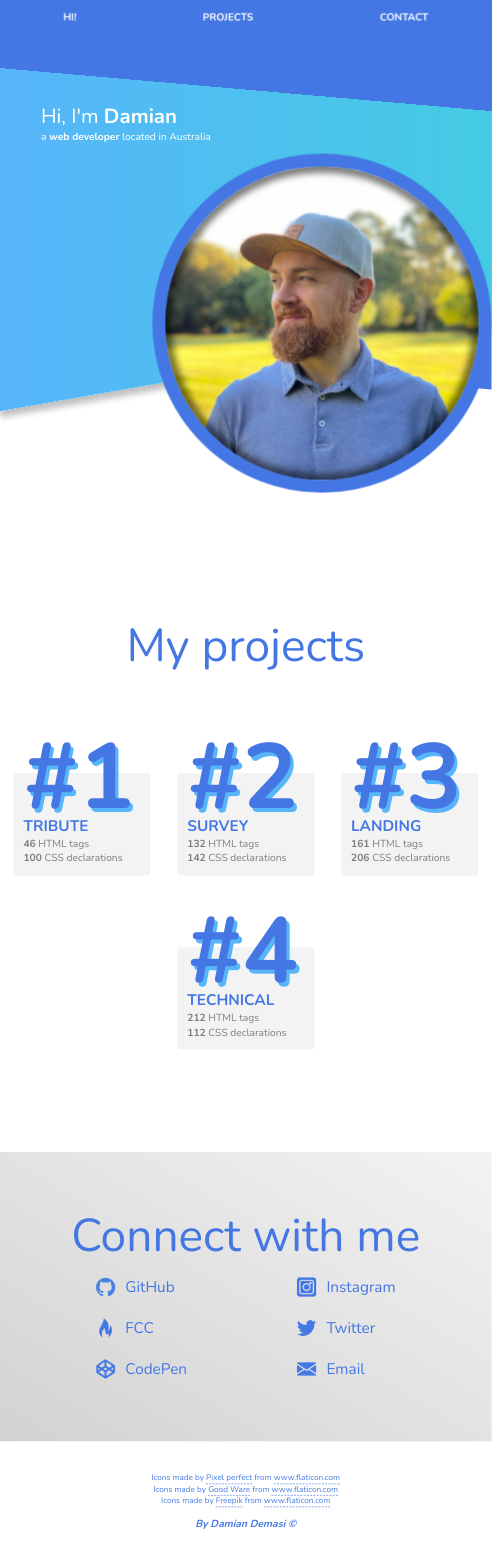
Repository: Colo-Codes/freecodecamp-05-Personal-Portfolio-Webpage
Page: index.html
The author's editor kept a copy of each file at every save. The page is drawn from the files as they stood at one save, then again after the next save.
The browser window is 768 px wide. The pictures show the whole page, at 64% of full size.

Above is the page before, as saved 2021-06-04 08:40:18.

### index.html
<!DOCTYPE html>
<html lang="en">

<head>
    <meta charset="UTF-8">
    <meta http-equiv="X-UA-Compatible" content="IE=edge">
    <meta name="viewport" content="width=device-width, initial-scale=1.0">
    <link rel="preconnect" href="https://fonts.gstatic.com">
    <link href="https://fonts.googleapis.com/css2?family=Nunito:wght@300;400;700&display=swap" rel="stylesheet">
    <link rel="stylesheet" href="./css/index.css">
    <title>Personal Portfolio Webpage</title>
</head>

<body>
    <header>
        <navbar id="navbar">
            <div id="navbar-container">
                <ul id="navbar-flex-container">
                    <li class="navbar-flex-item"><a href="#welcome-section">Hi!</a></li>
                    <li class="navbar-flex-item"><a href="#projects">Projects</a></li>
                    <li class="navbar-flex-item"><a href="#contact">Contact</a></li>
                </ul>
            </div>
        </navbar>
    </header>

    <section id="welcome-section">
        <div id="welcome-section-container">
            <div id="hero-img" role="img"
                aria-label="Damian's profile picture: he has a hat, beard, and he is looking left while standing on a green field.">
            </div>
            <div id="hero-text-container">
                <h1>Hi, I'm <strong>Damian</strong></h1>
                <p>a <strong>web developer</strong> located in Australia</p>
            </div>
        </div>
        <div id="top-layer"></div>
        <div id="bottom-layer">
            <div id="scroll-to-explore">
                <p>Scroll to explore</p>
                <img src="./img/down-arrow.png" alt="Arrow pointing down." height="40px">
            </div>
        </div>
    </section>

    <section id="projects">
        <h2>My projects</h2>
        <div id="project-card-flex-container">

            <div class="project-card">
                <div class="project-card-bg">
                    <div class="project-tile">
                        <a href="https://darthcolo.github.io/freecodecamp-01-Build-a-Tribute-Page/" target="_blank">
                            <h3>#1</h3>
                            <h4>Tribute</h4>
                        </a>
                    </div>
                    <div class="project-descr">
                        <p><strong>46</strong> HTML tags</p>
                        <p><strong>100</strong> CSS declarations</p>
                    </div>
                </div>
            </div>

            <div class="project-card">
                <div class="project-card-bg">
                    <div class="project-tile">
                        <a href="https://darthcolo.github.io/freecodecamp-02-Build-a-Survey-Form/" target="_blank">
                            <h3>#2</h3>
                            <h4>Survey</h4>
                        </a>
                    </div>
                    <div class="project-descr">
                        <p><strong>132</strong> HTML tags</p>
                        <p><strong>142</strong> CSS declarations</p>
                    </div>
                </div>
            </div>

            <div class="project-card">
                <div class="project-card-bg">
                    <div class="project-tile">
                        <a href="https://darthcolo.github.io/freecodecamp-03-Product-Landing-Page/" target="_blank">
                            <h3>#3</h3>
                            <h4>Landing</h4>
                        </a>
                    </div>
                    <div class="project-descr">
                        <p><strong>161</strong> HTML tags</p>
                        <p><strong>206</strong> CSS declarations</p>
                    </div>
                </div>
            </div>

            <div class="project-card">
                <div class="project-card-bg">
                    <div class="project-tile">
                        <a href="https://darthcolo.github.io/freecodecamp-04-Technical-Documentation-Page/" target="_blank">
                            <h3>#4</h3>
                            <h4>Technical</h4>
                        </a>
                    </div>
                    <div class="project-descr">
                        <p><strong>212</strong> HTML tags</p>
                        <p><strong>112</strong> CSS declarations</p>
                    </div>
                </div>
            </div>

        </div>
    </section>

    <section id="contact">
        <h2>Connect with me</h2>
        <div id="contact-networks">
            <div class="contact-networks-col">
                <a href="https://github.com/Darthcolo" id="profile-link" target="_blank"><img src="./img/github.png"
                        width="30px"><span>GitHub</span></a>
                <a href="https://www.freecodecamp.org/darthcolo" id="profile-link-fcc" target="_blank"><img src="./img/fire.png"
                        width="30px"><span>FCC</span></a>
                <a href="https://codepen.io/Darthcolo" id="profile-link-codepen" target="_blank"><img src="./img/3d-outlined-shape.png"
                        width="30px"><span>CodePen</span></a>
            </div>
            <div class="contact-networks-col">
                <a href="https://www.instagram.com/colo.codes/" id="profile-link-instagram" target="_blank"><img src="./img/instagram.png"
                        width="30px"><span>Instagram</span></a>
                <a href="https://twitter.com/DamianDemasi" id="profile-link-twitter" target="_blank"><img src="./img/twitter.png"
                        width="30px"><span>Twitter</span></a>
                <a href="mailto:damian.demasi.1@gmail.com" id="profile-link-email" target="_blank"><img
                        src="./img/email.png" width="30px"><span>Email</span></a>
            </div>
        </div>
    </section>

    <footer>
        <div>Icons made by <a href="https://www.flaticon.com/authors/pixel-perfect" title="Pixel perfect" target="_blank">Pixel
                perfect</a> from <a href="https://www.flaticon.com/" title="Flaticon" target="_blank">www.flaticon.com</a></div>
        <div>Icons made by <a href="https://www.flaticon.com/authors/good-ware" title="Good Ware" target="_blank">Good Ware</a> from <a
                href="https://www.flaticon.com/" title="Flaticon" target="_blank">www.flaticon.com</a></div>
        <div>Icons made by <a href="https://www.freepik.com" title="Freepik" target="_blank">Freepik</a> from <a
                href="https://www.flaticon.com/" title="Flaticon" target="_blank">www.flaticon.com</a></div>
        <p>By Damian Demasi &copy;</p>
    </footer>
</body>

</html>

### css/index.css
/* @media */

/* The height of the welcome section should be equal to the height of the viewport. */

/* The navbar should always be at the top of the viewport. */

/* Border-box and font-size */
html {
    box-sizing: border-box;
    font-size: 16px;
}
body {
    font-family: 'Nunito', sans-serif;
}

/* Reset margins and set global values */

*, *::before, *::after {
    box-sizing: inherit;
    margin: 0;
    padding: 0;
}

a:link {
    text-decoration: none;
}

/* Navbar */

#navbar {
    display: block;
    background-color: #4477E3;
    /* 1rem = 16px -> 18.75rem = 300px */
    height: 18.75rem;
    width: 100%;
    transform: skewY(5deg) translateY(-10rem);
    position: fixed;
    z-index: 4;

}
#navbar-container {
    max-width: 90rem;
    margin: auto;

}

#navbar-flex-container {
    display: flex;
    /* align-items: center; */
    /* justify-content: space-around; */
    height: 100%;
    transform: skewY(-5deg) translateY(5rem);
    z-index: 4;
}
.navbar-flex-item {
    list-style: none;
    margin: 6rem 0 0 8rem;
    font-style: normal;
    font-weight: bold;
    font-size: 1.125rem;
    text-transform: uppercase;
    color: white;

}

#navbar a:link, #navbar a:visited {
    color: white;
}

#navbar a:hover, #navbar a:active, #navbar a:focus {
    border-bottom: 1px dashed white;
}

/* Hero */

#welcome-section {
    height: 200vh;
}

#welcome-section-container {
    /* 1440px = 90rem */
    max-width: 90rem;
    height: 40rem;
    margin: auto;
    position: relative;
}

#hero-text-container h1 {
    padding-top: 17rem;
    margin-left: 8rem;
    font-size: 4.5rem;
    font-weight: 300;
    color: white;
}

#hero-text-container > p {
    margin-left: 8rem;
    font-size: 2.25rem;
    color: white;
    font-weight: 300;
}

#hero-text-container {
    position: relative;
    z-index: 3;
}

#hero-img {
    top: 5rem;
    right: 0rem;
    border-radius: 50%;
    width: 33.125rem;
    height: 33.125rem;
    border: 20px solid #4477E3;
    background: url(../img/6D5BF231-2A3E-4029-9EFE-9C82AF0D506F_1_105_c.jpeg);
    background-position: center;
    background-size: contain;
    background-repeat: no-repeat;
    box-shadow: inset 0px 0px 10px 10px rgba(0, 0, 0, 0.5);
    position: absolute;
    z-index: 5;
}

#top-layer {
    background: #57B5FA; /* fallback for old browsers */
    background: -webkit-linear-gradient(to left, #44CBE3, #57B5FA);  /* Chrome 10-25, Safari 5.1-6 */
    background: linear-gradient(to left, #44CBE3, #57B5FA); /* W3C, IE 10+/ Edge, Firefox 16+, Chrome 26+, Opera 12+, Safari 7+ */
    /* 1rem = 16px -> 60.31rem = 865px + 100px */
    /* height: 60.31rem; */
    height: 100vh;
    width: 100%;
    transform: skewY(-10deg) translateY( -54.06rem );
    box-shadow: 0px 10px 10px rgba(0, 0, 0, 0.25);
    position: relative;
    z-index: 2;

}

#bottom-layer {
    background: #4477E3; /* fallback for old browsers */
    background: -webkit-linear-gradient(to right, #44CBE3, #4477E3);  /* Chrome 10-25, Safari 5.1-6 */
    background: linear-gradient(to right, #44CBE3, #4477E3); /* W3C, IE 10+/ Edge, Firefox 16+, Chrome 26+, Opera 12+, Safari 7+ */
    /* 1rem = 16px -> 54.06rem = 865px */
    height: 54.06rem;
    width: 100%;
    transform: skewY(5deg) translateY(-108.12rem); /* 54.06 * 2 */
    position: relative;
    z-index: 1;

}

#scroll-to-explore {
    position: relative;
    top: 90%;
    margin-left: 90%;
    transform: skewY(-5deg);

}

#scroll-to-explore > p {
    font-size: .8rem;
    color: white;
    font-weight: 300;

}

#scroll-to-explore > img {
    margin-top: .5rem;
    filter: invert(1);
    height: 1rem;
}

/* Projects */

#projects {
    max-width: 62.72rem;
    margin: -100vh auto 0;
    padding-top: 10rem;
}

#project-card-flex-container {
    display: flex;
    justify-content: space-around;
    flex-wrap: wrap;
}

#projects h2 {
    color: #4477E3;
    font-size: 4.5rem;
    font-weight: 300;
    text-align: center;
    margin-bottom: 3.375rem;
}

.project-card {
    display: block;
    width: 13.43rem;
    height: 15rem;
    transition: .3s;
    margin: 1rem;

}

.project-card:hover {
    background: #F3F3F3;
    background-color: #F3F3F3;
    box-shadow: 0px 10px 30px 3px rgba(0, 0, 0, 0.25);
    border-radius: 5px;
    transition: linear;
    transition: .3s;
}

.project-card-bg {
    margin-top: 5rem;
    height: 10rem;
    background-color: #F3F3F3;
    border-radius: 5px;
    position: relative;
}

.project-card-bg div {
    margin-left: 1rem;
}

.project-tile {
    position: relative;
    top: -4rem;
}

.project-descr {
    position: relative;
    top: -4rem;
    color: #7D7D7D;
}

.project-tile h3 {
    font-weight: 700;
    font-size: 9rem;
    line-height: 1;
    text-shadow: 5px 5px #57B5FA;

}

.project-tile h4 {
    margin-top: -1rem;
    font-size: 1.5rem;
    text-transform: uppercase;
    line-height: 1.5;
}

.project-tile a {
    color: #4477E3;
}

/* Contact */

#contact {
    margin-top: 9rem;
    padding: 5.06rem 0;
    width: 100%;
    height: 100%;
    background: #F3F3F3; /* fallback for old browsers */
    background: -webkit-linear-gradient(to top right, #d2d2d2, #F3F3F3);  /* Chrome 10-25, Safari 5.1-6 */
    background: linear-gradient(to top right, #d2d2d2, #F3F3F3); /* W3C, IE 10+/ Edge, Firefox 16+, Chrome 26+, Opera 12+, Safari 7+ */
}

#contact h2 {
    font-size: 4.5rem;
    font-weight: 300;
    color: #4477E3;
    text-align: center;
}

#contact-networks {
    max-width: 40rem;
    display: flex;
    margin: auto;
    justify-content: space-around;
    flex-wrap: wrap;
}

.contact-networks-col {
    display: flex;
    flex-direction: column;
    margin: 0 2rem;
}

.contact-networks-col a {
    font-size: 1.5rem;
    color: #4477E3;
    display: flex;
    align-items: center;
    padding: 1rem;
}

.contact-networks-col a:hover, .contact-networks-col a:active {
    color: white;
    background-color: #4477E3;
}
.contact-networks-col a:hover img, .contact-networks-col a:active img {
    filter: invert(100%) sepia(0%) saturate(7500%) hue-rotate(26deg) brightness(100%) contrast(150%);;
}

.contact-networks-col img {
    margin-right: 1rem;
    filter: invert(37%) sepia(98%) saturate(969%) hue-rotate(201deg) brightness(94%) contrast(89%);
}

/* Footer */

footer {
    color: #4477E3;
    padding-top: 3rem;
    margin-bottom: 2rem;
    text-align: center;
}

footer a:link, footer a:visited {
    color: #4477E3;
    border-bottom: 1px dashed #4477E3;
}

footer a:hover, footer a:active, footer a:focus {
    color: #57B5FA;
    border-bottom: 1px dashed #57B5FA;
}

footer div {
    font-size: .8rem;
}

footer p {
    font-weight: 700;
    font-style: italic;
    margin-top: 1rem;
}

/* Media queries */


@media screen and (max-width: 1350px) {
    #hero-text-container h1 {
        padding-top: 15rem;
        margin-left: 6rem;
        font-size: 3.5rem;
    }

    #hero-text-container > p {
        margin-left: 6rem;
        font-size: 1.8rem;
    }

    #hero-img {
        width: 26.125rem;
        height: 26.125rem;
    }
}

@media screen and (max-width: 1050px) {
    #hero-text-container h1 {
        padding-top: 10rem;
        margin-left: 5rem;
        font-size: 2.5rem;
    }

    #hero-text-container > p {
        margin-left: 5rem;
        font-size: 1.3rem;
    }

    #hero-img {
        width: 23.125rem;
        height: 23.125rem;
    }
}

@media screen and (max-width: 850px) {
    #hero-text-container h1 {
        padding-top: 10rem;
        margin-left: 4rem;
        font-size: 2rem;
    }

    #hero-text-container > p {
        margin-left: 4rem;
        font-size: 1rem;
    }

    .navbar-flex-item {
        margin: 6rem auto 0;
        font-size: 1rem;
    }

    #hero-img {
        top: 15rem;
        right: 0rem;
        border-radius: 50%;
        width: 33.125rem;
        height: 33.125rem;
        border: 20px solid #4477E3;
        background: url(../img/6D5BF231-2A3E-4029-9EFE-9C82AF0D506F_1_105_c.jpeg);
        background-position: center;
        background-size: contain;
        background-repeat: no-repeat;
        box-shadow: inset 0px 0px 10px 10px rgba(0, 0, 0, 0.5);
        position: absolute;
        z-index: 5;
    }

}

After the next save:
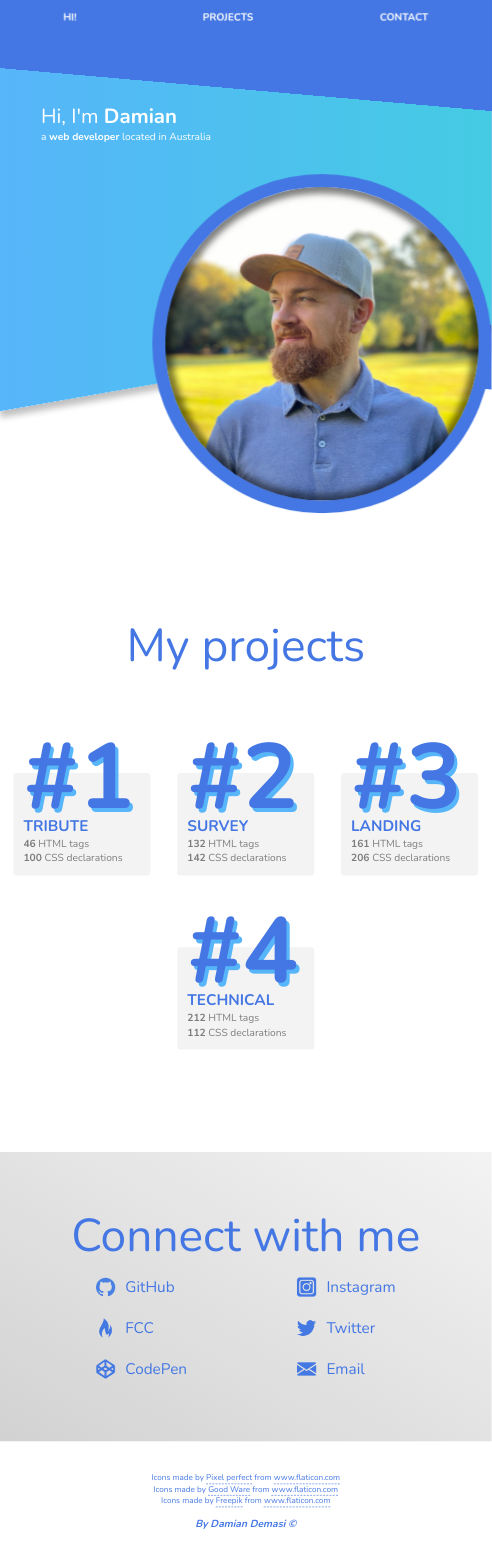
Saved 12 s later.
--- a/css/index.css
+++ b/css/index.css
@@ -392,7 +392,7 @@ footer p {
     }
 
     #hero-img {
-        top: 15rem;
+        top: 17rem;
         right: 0rem;
         border-radius: 50%;
         width: 33.125rem;
